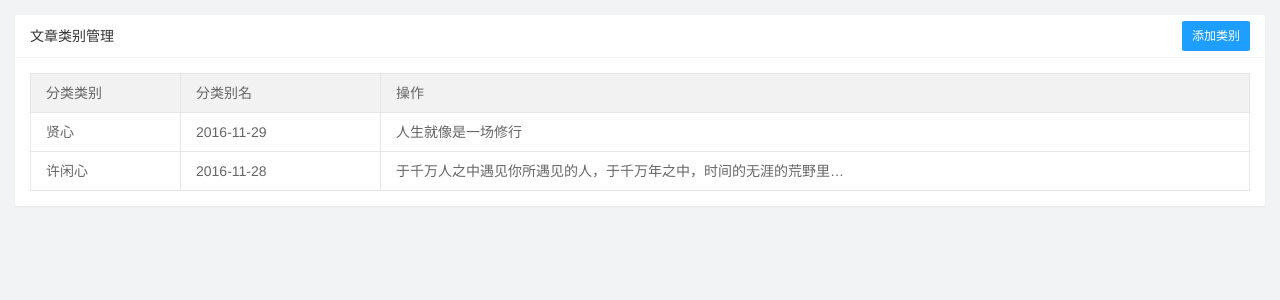
Repository: keyboying1/web_bigevent
Page: article/art_cate.html
These files come from the project's save history. The page is drawn as it stood at one moment and after the next save; the edit follows.
The browser window is 1280 px wide. The pictures show the whole page.

Above is the page before, as saved 2022-11-21 14:30:25.

After the next save:
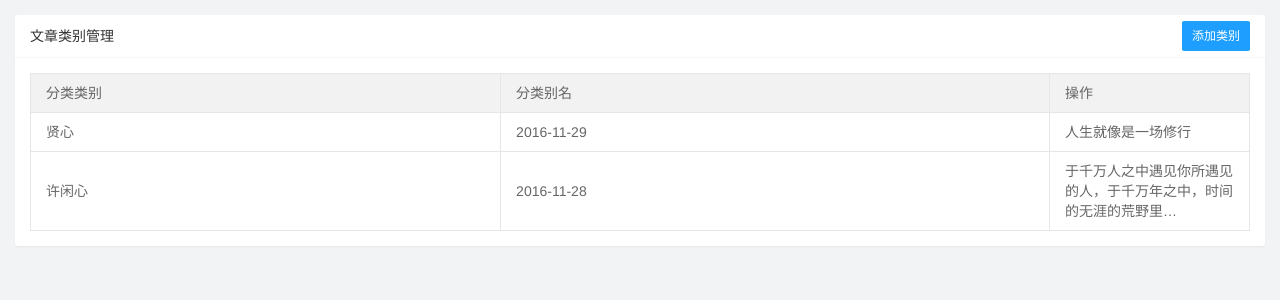
Saved 51 s later.
--- a/article/art_cate.html
+++ b/article/art_cate.html
@@ -18,9 +18,9 @@
         <div class="layui-card-body">
             <table class="layui-table">
                 <colgroup>
-                  <col width="150">
+                  <col >
+                  <col >
                   <col width="200">
-                  <col>
                 </colgroup>
                 <thead>
                   <tr>
